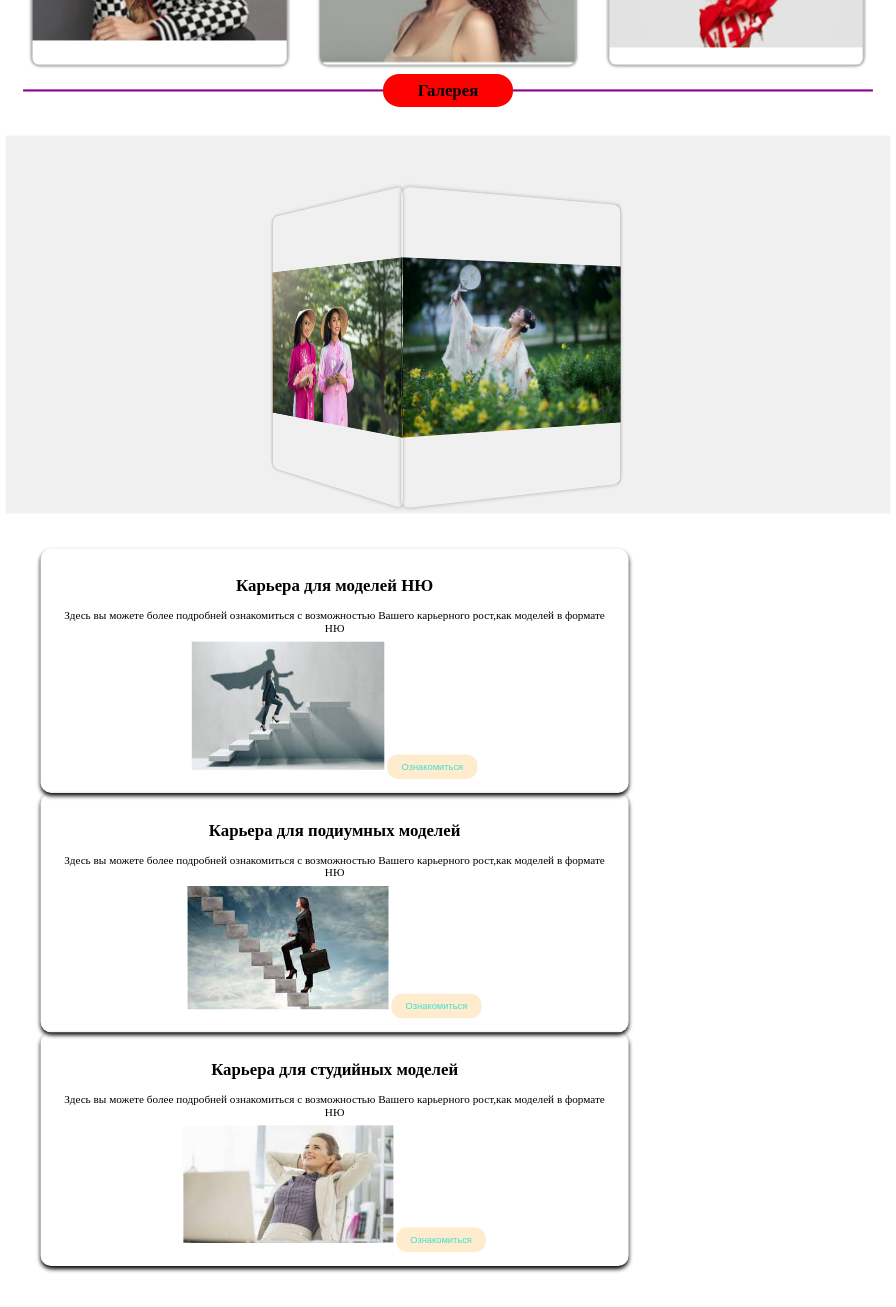
Repository: qtqqrdy13/model-studio
Page: index.html
The author's editor kept a copy of each file at every save. The page is drawn from the files as they stood at one save, then again after the next save.
The browser window is 1280 px wide. The pictures show the part of the page from y = 1784 to 3704 px (the page is 3651 px tall before and 3704 px after), at 70% of full size.
A picture or video elsewhere on the page could not be fetched, so the positions and the page height are approximate.

Above is the page before, as saved 2023-09-01 13:58:40.

### index.html
<!DOCTYPE html>
<html lang="RU">

<head>
    <meta charset="UTF-8">
    <meta name="viewport" content="width=device-width, initial-scale=1.0">
    <title>model studio</title>
    <link rel="stylesheet" type="text/css" href="style.css">
</head>

<body>
    <header class="header">
        <div class="conteiner">
            <div class="header_inner">
                <div class="header_logo">
                    MS15
                </div>
                <nav class="nav">
                    <a class="nav_link" href="#">Про нас</a>
                    <a class="nav_link" href="#">Для моделей</a>
                    <a class="nav_link" href="#">Галерея</a>
                    <a class="nav_link" href="#">Карьера</a>
                    <a class="nav_link" href="#">Услуги</a>
                    <a class="nav_link" href="#">Контакты</a>
                </nav>
            </div>
        </div>
    </header>

    <div class="intro">
        <div class="intro__inner">
            <h2 class="intro_suptitle">
                Добро пожаловать!
            </h2>
            <h1 class="intro_title">
                На наш сайт
            </h1>
            <a class="button">
                Читать далее
            </a>
        </div>
        <img src="../java/img/ответственная-стильная-девушка-отдающая-приветствие-слушая-порядок-217387674.webp" alt="">

    </div>
    <div id="about_us">
        <div class="announcement">
            <h2 class="title">
                Про нас
            </h2>
        </div>
    </div>
    <div class="welcome_conteiner">
        <div class="text_content">
            <h1>
                МЫ СУПЕР НОВАЯ КРУТАЯ МОДЕЛЬНАЯ СТУДИЯ
            </h1>
            <p>
                Lorem ipsum dolor sit amet consectetur adipiscing elit mollis interdum, ac parturient magnis ultricies
                congue gravida nulla vivamus sem, purus maecenas id vestibulum odio aptent facilisis ante. Finibus mi
                enim porta tristique ipsum conubia viverra bibendum praesent, rhoncus pellentesque senectus vestibulum
                odio ornare curabitur feugiat nec dictum, montes nascetur fringilla netus efficitur himenaeos elementum
                facilisis. Amet purus commodo vel nullam vulputate non mi sagittis ac, malesuada vehicula varius
                phasellus tristique tempor ullamcorper facilisis, sem quisque morbi consequat curae imperdiet eros
                libero.
            </p>
            <a class="clicker" href="#">
                Читать дальше
            </a>
        </div>
        <div class="image_content">
            <img src="../ргн.png">
        </div>
    </div>
    <div id="for_models">
        <div class="announcement">
            <h2 class="title">
                Для моделей
            </h2>
        </div>
    </div>
    <div class="wrapper">
        <div class="block">
            <img src="../java/img/Без названия (1).jpg">
            <div class="information">
                <h1>
                    Хочу Вас познакомить с шикарными девушками которые готовы работать в формате nu.
                </h1>
                <p>
                    Тыкайте сюда.
                </p>
                <a href="#" class="btn">
                    Далее
                </a>
            </div>
        </div>
        <div class="block">
            <img src="../java/img/Без названия (2).jpg">
            <div class="information">
                <h1>
                    Хочу Вас познакомить с шикарными девушками которые готовы работать в формате nu.
                </h1>
                <p>
                    Тыкайте сюда.
                </p>
                <a href="#" class="btn">
                    Далее
                </a>
            </div>
        </div>
        <div class="block">
            <img src="../java/img/Без названия (3).jpg">
            <div class="information">
                <h1>
                    Хочу Вас познакомить с шикарными девушками которые готовы работать в формате nu.
                </h1>
                <p>
                    Тыкайте сюда.
                </p>
                <a href="#" class="btn">
                    Далее
                </a>
            </div>
        </div>
        <div class="block">
            <img src="../java/img/images.jpg">
            <div class="information">
                <h1>
                    Хочу Вас познакомить с шикарными девушками которые готовы работать в формате nu.
                </h1>
                <p>
                    Тыкайте сюда.
                </p>
                <a href="#" class="btn">
                    Далее
                </a>
            </div>
        </div>
        <div class="block">
            <img src="../java/img/images (1).jpg">
            <div class="information">
                <h1>
                    Хочу Вас познакомить с шикарными девушками которые готовы работать в формате nu.
                </h1>
                <p>
                    Тыкайте сюда.
                </p>
                <a href="#" class="btn">
                    Далее
                </a>
            </div>
        </div>
        <div class="block">
            <img src="../java/img/images (2).jpg">
            <div class="information">
                <h1>
                    Хочу Вас познакомить с шикарными девушками которые готовы работать в формате nu.
                </h1>
                <p>
                    Тыкайте сюда.
                </p>
                <a href="#" class="btn">
                    Далее
                </a>
            </div>
        </div>
    </div>
    <div id="gallery">
        <div class="announcement">
            <h2 class="title">
                Галерея
            </h2>
        </div>
    </div>
    <div class="carusel-conteiner">
        <div class="carusel">
            <div class="slide">
                <img src="../java/img/q.webp">
            </div>
            <div class="slide">
                <img src="../java/img/w.jpg">
            </div>
            <div class="slide">
                <img src="../java/img/e.jpg">
            </div>
            <div class="slide">
                <img src="../java/img/r.jpg">
            </div>
            <div class="slide">
                <img src="../java/img/t.jpg">
            </div>
        </div>
    </div>
    </div>

    <div class="suction">

        <div class="category">
            <h2>
                Карьера для моделей НЮ
            </h2>
            <p>
                Здесь вы можете более подробней ознакомиться с возможностью Вашего карьерного рост,как моделей в формате
                НЮ
            </p>
            <img src="../java/img/kariera2.jpg" alt="image1">
            <button class="baton">
                Ознакомиться
            </button>
        </div>
        <div class="category">
            <h2>
                Карьера для подиумных моделей
            </h2>
            <p>
                Здесь вы можете более подробней ознакомиться с возможностью Вашего карьерного рост,как моделей в формате
                НЮ
            </p>
            <img src="../java/img/kariera.jpg" alt="image2">
            <button class="baton">
                Ознакомиться
            </button>
        </div>
        <div class="category">
            <h2>
                Карьера для студийных моделей
            </h2>
            <p>
                Здесь вы можете более подробней ознакомиться с возможностью Вашего карьерного рост,как моделей в формате
                НЮ
            </p>
            <img src="../java/img/kariera3.jpg" alt="image3">
            <button class="baton">
                Ознакомиться
            </button>
        </div>
    </div>
</body>

</html>

### style.css
.header {
    background-color: burlywood;
    color: black;
    padding: 5px;
}

.conteiner {
    max-width: 1200px;
    margin: 0 auto;
}

.header_inner {
    display: flex;
    justify-content: space-between;
    align-items: center;
}

.header_logo {
    font-size: 24px;
    font-weight: bold;
}

.nav {
    display: flex;
}

.nav_link {
    margin-left: 30px;
    text-decoration: none;
    color: black;
    transition: color 0.3s ease;
    align-items: flex-end;
    justify-content: space-between;
}

.nav_link:hover {
    color: crimson;
    font-size: 20px;

}

.nav_link::before {
    position: absolute;
    width: 100%;
    background-color: deeppink;
    transform: scaleX(0);
    transition: transform 0.3s ease;

}

.nav.link:hover::before {
    transform: scaleX(1);
}

.announcement {
    height: 3px;
    background-color: darkmagenta;
    display: flex;
    justify-content: center;
    align-items: center;
    margin: 2% 2%;
}

.title {
    animation-name: fade-in;
    animation-duration: 0.3s;
    text-align: center;
    text-decoration: none;
    color: black;
    background-color: red;
    border-radius: 30px;
    padding: 10px 50px;
}

.title:hover {
    background-color: cadetblue;
    color: coral;
    font-size: 24px;
}

@keyframes fade-in {
    from {
        opacity: 0;
    }

    to {
        opacity: 1;
    }
}

.intro {
    position: relative;
    width: 100%;
    height: auto;
    display: flex;
    align-items: center;
    justify-content: center;
    overflow: hidden;



}

.intro img {
    width: 100%;
    height: auto;
    top: 0;
    left: 0;
    animation: fade-in 1s ease-in-out;
    z-index: -1;
    position: relative;
    display: inline-block;

}

.intro__inner {
    text-align: center;
    z-index: 1;
    position: absolute;
    top: 50%;
    left: 50%;
    transform: translate(-50% -50%);



}

.intro_suptitle {
    font-size: 24px;
    color: aqua;
    margin-bottom: 20px;

}

.intro_title {
    font-size: 18px;
    color: blanchedalmond;
    margin-bottom: 20px;
}

.button {
    display: inline-block;
    padding: 10px 18px;
    background-color: azure;
    color: fuchsia;
    font-size: 16px;
    text-decoration: none;
    border-radius: 5px;
}

.button:hover {
    background-color: antiquewhite;
    color: beige;
    font-size: 24px;
}

@keyframes fade-in {
    from {
        opacity: 0;
    }

    to {
        opacity: 1;
    }

}

.wrapper {
    display: flex;
    flex-wrap: wrap;
    justify-content: space-evenly;
    margin-top: 5%;

}

.block {
    width: calc(30.33% - 20px);
    margin: 10px;
    position: relative;
    overflow: hidden;
    border-radius: 10px;
    box-shadow: 0 0 5px black;



}

.block:hover {
    box-shadow: 0 0 10px black;
    transform: scale(0.9);
}

.block:hover img {
    transform: scale(1.1);
}

.block img {
    width: 100%;
    height: auto;
    object-fit: cover;

}

.information {
    position: absolute;
    bottom: 0;
    left: 0;
    width: 100%;
    padding: 15px;
    background-color: grey;
    color: red;
    opacity: 0;
    transition: opacity 0.3s ease-in-out;
}

.information h1,
p {
    margin: 0;
    padding: 0;
}

.block:hover .information {
    opacity: 1;
}

.btn {
    display: inline-block;
    padding: 10px 20px;
    background-color: brown;
    color: navy;
    text-decoration: none;
    border-radius: 15px;
    margin-top: 5px;
}

.btn:hover {
    background-color: green;
    color: pink;

}

.carusel-conteiner {
    perspective: 1000px;
    display: flex;
    justify-content: center;
    align-items: center;
    height: 75vh;
    background-color: #f0f0f0;
    margin-top: 5%;
}

.carusel {
    width: 300px;
    height: 300px;
    position: relative;
    margin: auto;
    transform-style: preserve-3d;
    animation: rotate 15s infinite linear;
    transform: translateZ(-200px);
}

.slide {
    width: 293px;
    height: 350px;
    position: absolute;
    display: flex;
    justify-content: center;
    align-items: center;
    background-color: #f0f0f0;
    box-shadow: 0px 0px 5px rgba(0, 0, 0, 0.3);
    transform-origin: center center;
    border-radius: 10px;
}

.slide img {
    max-width: 100%;
    max-height: 100%;

}

.slide:nth-child(1) {
    transform: rotateY(0deg) translateZ(200px);
}

.slide:nth-child(2) {
    transform: rotateY(72deg) translateZ(200px);
}

.slide:nth-child(3) {
    transform: rotateY(144deg) translateZ(200px);
}

.slide:nth-child(4) {
    transform: rotateY(216deg) translateZ(200px);
}

.slide:nth-child(5) {
    transform: rotateY(288deg) translateZ(200px);
}

@keyframes rotate {

    0%,
    100% {
        transform: rotateY(0deg);
    }

    20% {
        transform: rotateY(-72deg);
    }

    40% {
        transform: rotateY(-144deg);
    }

    60% {
        transform: rotateY(-216deg);
    }

    80% {
        transform: rotateY(-288deg);
    }
}

.welcome_conteiner {
    display: flex;
    align-items: center;
    justify-content: space-between;
    max-width: 1200px;
    margin: 0 auto;
    padding: 50px;
    background-color: bisque;
    box-shadow: 0px 3px 10px black;
    font-family: 'Gill Sans', 'Gill Sans MT', Calibri, 'Trebuchet MS', sans-serif;
}

.text-content {
    flex: 1;
    padding: 20px;
}

.text-content h1 {
    font-size: 36px;
    margin-bottom: 10px;
}

.text-content p {
    font-size: 18px;
    color: darkblue;
    margin-bottom: 20px;
}

.clicker {
    display: inline-block;
    padding: 10px 20px;
    background-color: navy;
    border-radius: 5px;
    color: gold;
    text-decoration: none;
    transition: background-color 0.3s ease;
    margin-top: 20px;
}

.clicker:hover {
    background-color: gold;
    color: navy;
}

.image_content {
    max-width: 100%;
    height: auto;
    animation: floatAnimation 0.3s infinite;
}

@keyframes floatAnimation {

    0%,
    100% {
        transform: translateY(0);
    }

    50% {
        transform: translateY(-10px);
    }

}

@media (max-width:768px) {
    .welcome_conteiner {
        flex-direction: column;
        text-align: center;
    }

    .image_content {
        margin-top: 20px;
    }
}

.category {
    width: 80%;
    padding: 20px;
    margin: o auto 20px;
    border-radius: 15px;
    box-shadow: 0 4px 6px black;
    transition: transform 0.2s, box-shadow 0.2s;

}

.category:hover {
    transform: translateY(-5px);
    box-shadow: 0 6px 8px black;
}

.category img {
    max-width: 100%;
    height: auto;
    margin-top: 10px;
}

.baton {
    display: inline-block;
    background-color: blanchedalmond;
    color: turquoise;
    border-radius: 15px;
    padding: 10px 20px;
    border: none;
    cursor: pointer;
}

.baton:hover {
    background-color: turquoise;
    color: blanchedalmond;

}

.suction {
    text-align: center;
    padding: 50px;
    max-width: 1000px;
    width: 80%;
    left:50%;
    right:50%;
    transition: trasform(-50%, -50%);




}

After the next save:
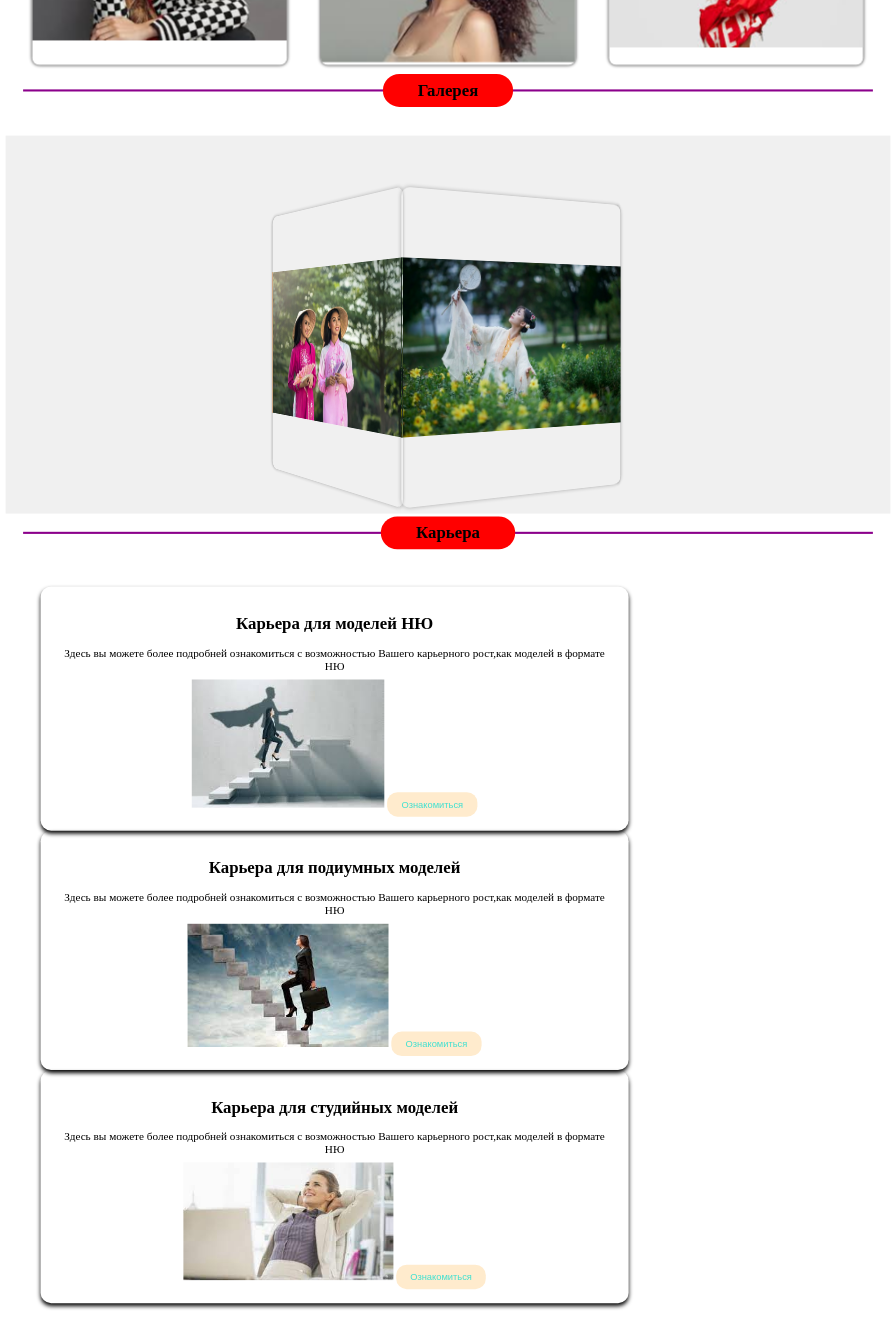
Saved 118 s later.
--- a/index.html
+++ b/index.html
@@ -191,7 +191,13 @@
         </div>
     </div>
     </div>
-
+    <div id="carrier">
+        <div class="announcement">
+            <h2 class="title">
+                Карьера
+            </h2>
+        </div>
+    </div>
     <div class="suction">
 
         <div class="category">
